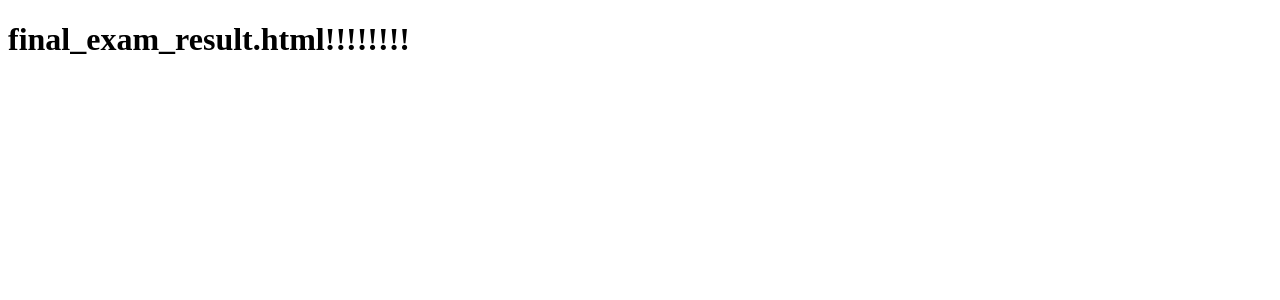
Repository: KimMinseooo/itwillStudy
Page: BACKEND/JSP/workspace_jsp/StudyHTML/src/main/webapp/1025/final_exam_result.html
The author's editor kept a copy of each file at every save. The page is drawn from the files as they stood at one save, then again after the next save.
The browser window is 1280 px wide. The pictures show the whole page.

Above is the page before, as saved 2024-10-25 06:12:48.

After the next save:
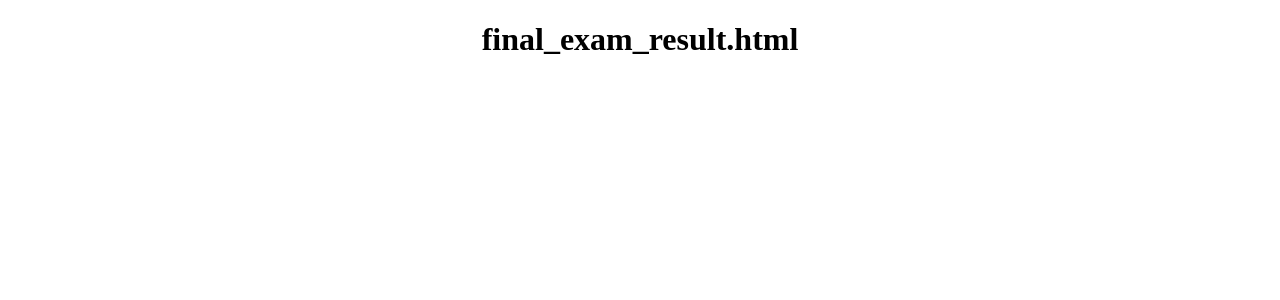
Saved 16 s later.
--- a/BACKEND/JSP/workspace_jsp/StudyHTML/src/main/webapp/1025/final_exam_result.html
+++ b/BACKEND/JSP/workspace_jsp/StudyHTML/src/main/webapp/1025/final_exam_result.html
@@ -5,6 +5,6 @@
 <title>Insert title here</title>
 </head>
 <body>
-	<h1>final_exam_result.html!!!!!!!!</h1>
+	<h1 align="center">final_exam_result.html</h1>
 </body>
 </html>
